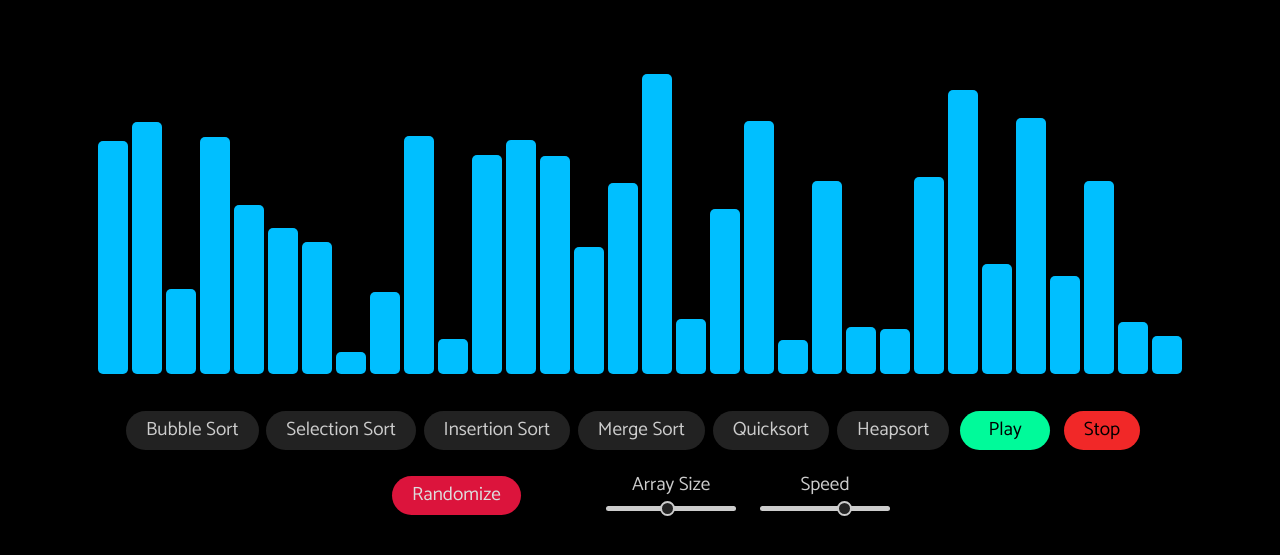
Repository: sneha1010/Sorting-visualizer
Page: index.html
The author's editor kept a copy of each file at every save. The page is drawn from the files as they stood at one save, then again after the next save.
The browser window is 1280 px wide. The pictures show the whole page.

Above is the page before, as saved 2022-06-16 18:44:02.

### index.html
<!DOCTYPE html>
<html lang="en">
<head>
    <meta charset="utf-8">
    <meta name="viewport" content="width=device-width, initial-scale=1, shrink-to-fit=no">

    <link rel="stylesheet" href="https://stackpath.bootstrapcdn.com/bootstrap/4.5.2/css/bootstrap.min.css" integrity="sha384-JcKb8q3iqJ61gNV9KGb8thSsNjpSL0n8PARn9HuZOnIxN0hoP+VmmDGMN5t9UJ0Z" crossorigin="anonymous">
    <link href="https://fonts.googleapis.com/css2?family=Catamaran:wght@100;200;300;400;500;600;700;800;900&display=swap" rel="stylesheet">
    <link rel="stylesheet" href="assets/style.css">
    <link rel="shortcut icon" href="assets/favicon.ico" type="image/x-icon">

    <title>Sorting Visualizer</title>
</head>
<body>
    <div class="container">
        <div id="array-container">
            <div id="array"><div id="bar"></div></div>
            <h5 id="no-algo-warning" class="display-none">No Algorithm Selected!</h5>
        </div>
        <div id="algo-container">
            <button id="bubble" class="algo-btn">Bubble Sort</button>
            <button id="selection" class="algo-btn">Selection Sort</button>
            <button id="insertion" class="algo-btn">Insertion Sort</button>
            <button id="merge" class="algo-btn">Merge Sort</button>
            <button id="quick" class="algo-btn">Quicksort</button>
            <button id="heap" class="algo-btn">Heapsort</button>
            <button id="sort">Play</button>
            <button id="stop">Stop</button>
        </div>
        <div id="change-container">
            <button id="randomize">Randomize</button>
            <div id="sliders">
                <div class="slider-container">
                    <label>Array Size</label>
                    <input type="range" id="size-slider" class="slider" autocomplete="off">
                </div>
                <div class="slider-container">
                    <label>Speed</label>
                    <input type="range" id="speed-slider" class="slider" autocomplete="off">
                </div>
            </div>
            <!-- <input data-role="doubleslider" data-accuracy="5" data-hint-always="true"> -->
        </div>
    </div>

    <script src="https://code.jquery.com/jquery-3.4.1.slim.min.js" integrity="sha384-J6qa4849blE2+poT4WnyKhv5vZF5SrPo0iEjwBvKU7imGFAV0wwj1yYfoRSJoZ+n" crossorigin="anonymous"></script>
    <script src="assets/script.js"></script>
    <script src="assets/bubble-sort.js"></script>
    <script src="assets/selection-sort.js"></script>
    <script src="assets/insertion-sort.js"></script>
    <script src="assets/merge-sort.js"></script>
    <script src="assets/quicksort.js"></script>
    <script src="assets/heapsort.js"></script>
</body>
</html>

<!--
    1. pause button
    2. reset button
    3. upper limit-lower limit
    4. ui

 -->

### assets/style.css
*:focus, button:focus {
    outline: none;
}

body {
    background-color: black;
    font-family: "Catamaran", sans-serif;
    color: #ccc;
}

.display-none {
    display: none;
}

.display-flex {
    display: flex;
}

#array-container {
    height: 350px;
    margin-top: 3em;
    display: flex;
    flex-direction: column-reverse;
    position: relative;
}

#array {
    margin: 1em auto;
}

.element {
    display: inline-block;
    border-radius: 5px;
}

#no-algo-warning {
    position: absolute;
    justify-content: center;
    align-items: center;
    top: 0;
    bottom: 0;
    left: 0;
    right: 0;
    margin: auto;
    width: 250px;
    height: 50px;
    text-align: center;
    background-color: rgba(0, 0, 0, 0.8);
    border: 1px solid #ccc;
    border-radius: 5px;
}

#algo-container {
    max-width: 1032px;
    margin: 0.5em auto;
}

.algo-btn, #sort, #stop,#randomize {
    background-color: #222;
    margin: 5px 2px;
    padding: 5px 20px;
    color: #ccc;
    font-size: 1.2em;
    border: none;
    border-radius: 50px;
}

.algo-btn:hover, .algo-btn-active {
    background-color: #ccc;
    color: #222;
}
.algo-btn:disabled{
    /* opacity: 0.8; */
    /* cursor: not-allowed; */
    transition: all 100s ease-in-out;
}
#sort {
    /* float: right; */
    width: 90px;
    margin: 5px;
    background-color: mediumspringgreen;
    color: black;
}

#sort:hover, #randomize:hover {
    opacity: 0.8;
}

#sort:disabled, #randomize:disabled {
    opacity: 0.5;
    cursor: not-allowed;
}
#stop {
    /* float: right; */
    margin: 5px;
    background-color: rgb(241, 40, 40);
    color: black;
}
#stop:hover, #randomize:hover {
    opacity: 0.8;
}

#stop:disabled, #randomize:disabled {
    opacity: 0.5;
    cursor: not-allowed;
}
#change-container {
    max-width: 500px;
    margin: 1em auto;
}

#randomize, .slider-container {
    vertical-align: middle;
}

#randomize {
    background-color: crimson;
    color: #ddd;
}

#sliders {
    float: right;
}

.slider-container {
    display: inline-block;
    margin-left: 20px;
}

.slider-container label {
    display: block;
    margin: 0;
    text-align: center;
    font-size: 1.2em;
}

.slider {
    -webkit-appearance: none;
    width: 130px;
    height: 15px;
    background-color: transparent;
}

.slider::-webkit-slider-runnable-track {
    -webkit-appearance: none;
    height: 5px;
    background-color: #ccc;
    border-radius: 5px;
    cursor: pointer;
}

.slider::-moz-range-track {
    height: 5px;
    background-color: #ccc;
    border-radius: 5px;
    cursor: pointer;
}

.slider::-moz-range-progress {
    height: 5px;
    background-color: #777;
    border-radius: 5px;
    cursor: pointer;
}

.slider::-webkit-slider-thumb {
    -webkit-appearance: none;
    background-color: #222;
    border: 2px solid #ccc;
    width: 15px;
    height: 15px;
    border-radius: 15px;
    margin-top: -5px;
}

.slider::-moz-range-thumb {
    background-color: #222;
    border: 2px solid #ccc;
    width: 13px;
    height: 13px;
    border-radius: 13px;
    cursor: pointer;
}

.slider:disabled {
    opacity: 0.5;
}

.slider:disabled::-webkit-slider-runnable-track {
    cursor: not-allowed;
}

.slider:disabled::-moz-range-track {
    cursor: not-allowed;
}

.slider:disabled::-moz-range-progress {
    cursor: not-allowed;
}

.slider:disabled::-moz-range-thumb {
    cursor: not-allowed;
}

### assets/script.js
const MIN_SIZE = 4;
const MAX_SIZE = 64;
const DEFAULT_SIZE = 32;

const MIN_SPEED = 1;
const MAX_SPEED = 4;
const DEFAULT_SPEED = 3;

const MIN = 20;
const MAX = 300;

const WAITING_TIME = 100;

const UNSORTED = 'deepskyblue';
const SORTED = 'mediumspringgreen';
const COMPARE = 'crimson';
const SELECTED = 'blueviolet';
const LEFT = 'gold';
const RIGHT = 'orangered';

var size;
var delay;

var arr = [];

var array_container_width;
var element_width;
var element_width_max;
var margin_element;

var algo_selected;
var run=false;
var first=true;
var halt =false;

var sort_btn=document.getElementsByClassName("algo-btn");

function updateValues() {
    array_container_width = Math.floor( $("#array-container").width() );
    element_width_max = Math.floor(array_container_width / 20);

    margin_element = 2;
    if( parseInt( $(window).width() ) < 1200 )
        margin_element = 1;
}

function findElementWidth() {
    element_width = Math.floor(array_container_width / size);
    element_width -= 2 * margin_element;

    if(element_width > element_width_max)
        element_width = element_width_max;
}

function createArray() {
    arr = [];
    $("#array").html('');

    for(var i = 0; i < size; i++) {
        var n = Math.floor( Math.random() * (MAX - MIN + 1) ) + MIN;
        arr.push(n);
    //   $("#bar").html(n);
        var $element = $('<div>');
        $element.attr('id', "e" + i);
        $element.attr('class', "element");
        $element.css('background-color', UNSORTED);
        $element.css('width', element_width.toString() + 'px');
        $element.css('height', n.toString() + 'px');
        $element.css('margin-left', margin_element + 'px');
        $element.css('margin-right', margin_element + 'px');
        // $element.innerHTML(n);
        $element.appendTo("#array");

    }
}

function setHeight(id, height) {
    $("#e" + id).css('height', height);
    // $("#e" + id).textContent = "1";
    // $("#e" + id).innerHTML=height;
}

function setColor(id, color) {
    $("#e" + id).css('background-color', color);
}

function setColorRange(p, r, color) {
    for(var i = p; i <= r; i++)
        $("#e" + i).css('background-color', color);
}
function pauseHandler()
{
    const pause = document.getElementById("sort");
    run = run === true ? false : true;
    pause.textContent = run === true ? "Pause" : "Play";
}
async function pauseButton() {
    while (run == false) await sleep(1);
    return;
  }
function swap(a, b) {
    var temp = arr[a];
    arr[a] = arr[b];
    arr[b] = temp;

    var h1 = $("#e" + a).css('height');
    var h2 = $("#e" + b).css('height');

    setHeight(a, h2);
    setHeight(b, h1);
}

function disableOthers() {
    $(".algo-btn").prop('disabled', true);

    $("#randomize").prop('disabled', true);
    $("#size-slider").prop('disabled', true);
}

function enableOthers() {
    $(".algo-btn").prop('disabled', false);
    $("#sort").prop('disabled', false);
    $("#randomize").prop('disabled', false);
    $("#size-slider").prop('disabled', false);
}

function sleep(ms) {
    return new Promise(resolve => setTimeout(resolve, ms));
}

$(document).ready(function() {
    $("#size-slider").attr('min', MIN_SIZE);
    $("#size-slider").attr('max', MAX_SIZE);
    $("#size-slider").attr('value', DEFAULT_SIZE);

    $("#speed-slider").attr('min', MIN_SPEED);
    $("#speed-slider").attr('max', MAX_SPEED);
    $("#speed-slider").attr('value', DEFAULT_SPEED);

    size = DEFAULT_SIZE;
    delay = WAITING_TIME * Math.pow(2, MAX_SPEED - DEFAULT_SPEED);

    updateValues();

    findElementWidth();
    createArray();

    $("#randomize").click(
        function() {
            createArray();
        }
    );

    $(".algo-btn").click(
        function() {
            algo_selected = $(this).html();

            $(".algo-btn-active").removeClass('algo-btn-active');
            $(this).addClass('algo-btn-active');

            $("#no-algo-warning").removeClass('display-flex');
            $("#no-algo-warning").addClass('display-none');
        }
    );

    $("#sort").click(
        async function() {
            if(first){
                first=false;

           run=false;
            disableOthers();

            setColorRange(0, size - 1, UNSORTED);

            if(algo_selected == "Bubble Sort"){
                pauseHandler();
                await bubbleSort();
            }

            else if(algo_selected == "Selection Sort"){
                pauseHandler();
                await selectionSort();
            }

            else if(algo_selected == "Insertion Sort"){
                pauseHandler();
                await insertionSort();
            }

            else  if(algo_selected == "Merge Sort")
            {
                $("#stop").prop('disabled', true);
                pauseHandler();
                await mergeSort(0, size - 1);
            }

            else if(algo_selected == "Quicksort"){
                $("#stop").prop('disabled', true);
                pauseHandler();
                await quicksort(0, size - 1);
            }

            else if(algo_selected == "Heapsort")
            {
                $("#stop").prop('disabled', true);
                pauseHandler();
                await heapsort();
            }

            else {
                $("#no-algo-warning").removeClass('display-none');
                $("#no-algo-warning").addClass('display-flex');
                first=true;
            }

            enableOthers();
        }
        else
        pauseHandler();
        }
    );

    $("#stop").click(
       function() {
      halt=true;
      algo_selected="";
      $(".algo-btn-active").removeClass('algo-btn-active');
    //   run=false;
      const pause = document.getElementById("sort");
    //   run = run === true ? false : true;
      pause.textContent = "Play";
      first=true;
        }
    );





// pause.addEventListener("click", () => {
//   run = run === true ? false : true;
//   pause.textContent = run === true ? "Pause" : "Play";
// });
    $("#size-slider").on('input', function() {
        size = $(this).val();

        findElementWidth();
        createArray();
    });

    $("#speed-slider").on('input', function() {
        delay = WAITING_TIME * Math.pow(2, MAX_SPEED - $(this).val());
    });

    $(window).resize(function() {
        if(array_container_width != Math.floor( $("#array-container").width() )) {
            updateValues();

            findElementWidth();

            for(var i = 0; i < size; i++) {
                $("#e" + i).css('width', element_width.toString() + 'px');
                $("#e" + i).css('margin-left', margin_element + 'px');
                $("#e" + i).css('margin-right', margin_element + 'px');
            }
        }
    });
});

### assets/bubble-sort.js
async function bubbleSort() {

    // sort_btn.disable=true;
    var i, j;
    await sleep(delay);
     halt=false;
    for(i = 0; i < size - 1; i++) {
        for(j = 0; j < size - i - 1; j++) {
            await sleep(delay);

            setColor(j, COMPARE);
            setColor(j + 1, COMPARE);
            await sleep(delay);

            if(arr[j] > arr[j + 1]) {
                swap(j, j + 1);
                await sleep(delay);
            }
            if(halt){
                setColorRange(0, size - 1, UNSORTED);
                break;
            }

            checkPause()
            setColor(j, UNSORTED);
            setColor(j + 1, UNSORTED);
        }
       if(halt){
        setColorRange(0, size - 1, UNSORTED);
        break;
       }

        await sleep(delay);

        setColor(j, SORTED);
    }
     if(halt==false){
    setColor(0, SORTED);

     }
     halt=0;
}

### assets/selection-sort.js
async function selectionSort() {
    var i, j, min_idx;
    halt=false;
    for(i = 0; i < size - 1; i++) {
        await sleep(delay);

        min_idx = i;
        setColor(min_idx, SELECTED);

        for(j = i + 1; j < size; j++) {
            await sleep(delay);
            while(run==false)
            await sleep(1);
            if(halt){
                setColorRange(0, size - 1, UNSORTED);
                break;
               }
            setColor(j, COMPARE);

            await sleep(delay);
            while(run==false)
            await sleep(1);

            if(arr[j] < arr[min_idx]) {
                setColor(min_idx, UNSORTED);
                min_idx = j;
                setColor(min_idx, SELECTED);
                await sleep(delay);
            }
            else
                setColor(j, UNSORTED);
        }
        if(halt){
            setColorRange(0, size - 1, UNSORTED);
            break;
           }
        await sleep(delay);

        if(min_idx != i) {
            setColor(i, COMPARE);
            await sleep(delay);

            setColor(min_idx, COMPARE);
            setColor(i, SELECTED);
            swap(min_idx, i);
            await sleep(delay);
        }
        while(run==false)
        await sleep(1);

        setColor(min_idx, UNSORTED);
        setColor(i, SORTED);
    }
    if(halt==false){
        setColor(size - 1, SORTED);
    }

    halt=0;
}

### assets/insertion-sort.js
async function insertionSort() {
    var i, j, key;
    await sleep(delay);

    setColor(0, SELECTED);
    await sleep(delay);

    setColor(0, SORTED);

    for(i = 1; i < size; i++) {
        await sleep(delay);

        setColor(i, SELECTED);
        await sleep(delay);

        j = i - 1;
        key = arr[i];

        while(j >= 0 && arr[j] > key) {

            setColor(j, COMPARE);
            await sleep(delay);
            while(run==false)
            await sleep(1);
            swap(j, j + 1);
            if(halt){
                setColorRange(0, size - 1, UNSORTED);
                break;
               }
            setColor(j, SELECTED);
            setColor(j + 1, COMPARE);
            await sleep(delay);
            while(run==false)
            await sleep(1);
            setColor(j + 1, SORTED);
            await sleep(delay);

            j--;
        }
        if(halt){
            setColorRange(0, size - 1, UNSORTED);
            break;
           }

        setColor(j + 1, SORTED);
    }
    halt=0;
}

### assets/merge-sort.js
async function merge(p, q, r) {
    await sleep(delay);

    var i, j;
    var n1 = q - p + 1;
    var n2 = r - q;
    var L = [];
    var R = [];
    checkPause();
    for(i = 0; i < n1; i++) {
        L.push(arr[p + i]);
        setColor(p + i, LEFT);
    }
    for(j = 0; j < n2; j++) {
        R.push(arr[q + j + 1]);
        setColor(q + j + 1, RIGHT);
    }

    L.push(Infinity);
    R.push(Infinity);

    i = 0;
    j = 0;

    for(var k = p; k <= r; k++) {
        await sleep(delay);

        if(L[i] <= R[j]) {
            arr[k] = L[i];
            i++;
        }
        else {
            arr[k] = R[j];
            j++;
        }
        checkPause();
        setHeight(k, arr[k]);
        setColor(k, SELECTED);
    }

    await sleep(delay);

    if(p == 0 && r == size - 1)
        setColorRange(p, r, SORTED);
    else
        setColorRange(p, r, UNSORTED);
}

async function mergeSort(p, r) {
    if(p < r) {
        var q = Math.floor( (p + r) / 2 );

        await mergeSort(p, q);

        await mergeSort(q + 1, r);

        await merge(p, q, r);
    }

}

### assets/quicksort.js
async function partition(p, r) {
    await sleep(delay);

    var i = p - 1;
    setColor(r, SELECTED);
    while(run==false)
    await sleep(1);
    for(var j = p; j < r; j++) {
        await sleep(delay);
        while(run==false)
        await sleep(1);
        if(arr[j] <= arr[r]) {
            i++;
            swap(i, j);
            setColor(j, RIGHT);
            setColor(i, LEFT);
        }
        else
            setColor(j, RIGHT);
    }

    if(i + 1 < r) {
        await sleep(delay);

        swap(i + 1, r);
        setColor(r, RIGHT);
        setColor(i + 1, SELECTED);
    }
    while(run==false)
    await sleep(1);
    await sleep(delay);

    setColorRange(p, r, UNSORTED);

    return i + 1;
}

async function quicksort(p, r) {
    if(p < r) {
        var q = await partition(p, r);

        await quicksort(p, q - 1);

        setColorRange(p, q, SORTED);
        await quicksort(q + 1, r);

        setColorRange(q + 1, r, SORTED);
    }

    if(p == 0 && r == size - 1)
        await sleep(delay);
}

### assets/heapsort.js
var heapSize;

function left(i) {
    return 2 * i + 1;
}

function right(i) {
    return 2 * i + 2;
}

async function maxHeapify(i) {

    var l = left(i);
    var r = right(i);
    var largest, temp;

    setColor(i, COMPARE);
    while(run==false)
    await sleep(1);
    if(l < heapSize)
        setColor(l, LEFT);
    if(r < heapSize)
        setColor(r, RIGHT);


    await sleep(delay);

    if(l < heapSize && arr[l] > arr[i])
        largest = l;
    else
        largest = i;

    if(r < heapSize && arr[r] > arr[largest])
        largest = r;
        while(run==false)
        await sleep(1);
    if(l < heapSize)
        setColor(l, UNSORTED);
    if(r < heapSize)
        setColor(r, UNSORTED);
    setColor(largest, SELECTED);

    await sleep(delay);

    if(largest != i) {
        swap(i, largest);
        setColor(largest, COMPARE);
        setColor(i, SELECTED);
        await sleep(delay);

        setColor(largest, UNSORTED);
        setColor(i, UNSORTED);

        await maxHeapify(largest);
    }
    else
        setColor(i, UNSORTED);
}

async function buildMaxHeap() {
    heapSize = size;

    for(var i = Math.floor(size / 2) - 1; i >= 0; i--)
        await maxHeapify(i);
}

async function heapsort() {
    await sleep(delay);

    await buildMaxHeap();

    for(var i = size - 1; i > 0; i--) {
        setColor(0, SELECTED);
        setColor(i, COMPARE);
        await sleep(delay);
        while(run==false)
        await sleep(1);
        setColor(0, COMPARE);
        setColor(i, SELECTED);
        swap(0, i);
        heapSize--;
        await sleep(delay);

        setColor(i, SORTED);

        await maxHeapify(0);
    }

    setColor(0, SORTED);
}

After the next save:
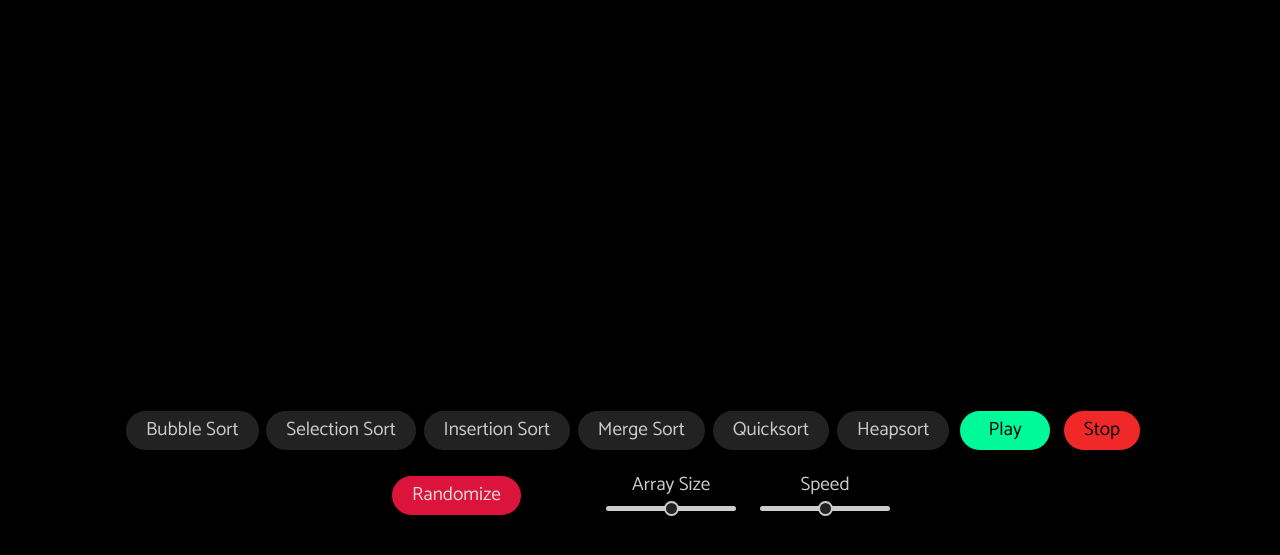
Console error (its wording comes from the project's code and is left out).
Saved 60 s later.
--- a/assets/script.js
+++ b/assets/script.js
@@ -35,6 +35,11 @@
 
 var sort_btn=document.getElementsByClassName("algo-btn");
 
+function checkPause()
+{
+    while(run==false)
+    await sleep(1);
+}
 function updateValues() {
     array_container_width = Math.floor( $("#array-container").width() );
     element_width_max = Math.floor(array_container_width / 20);

After the 5 saves that followed:
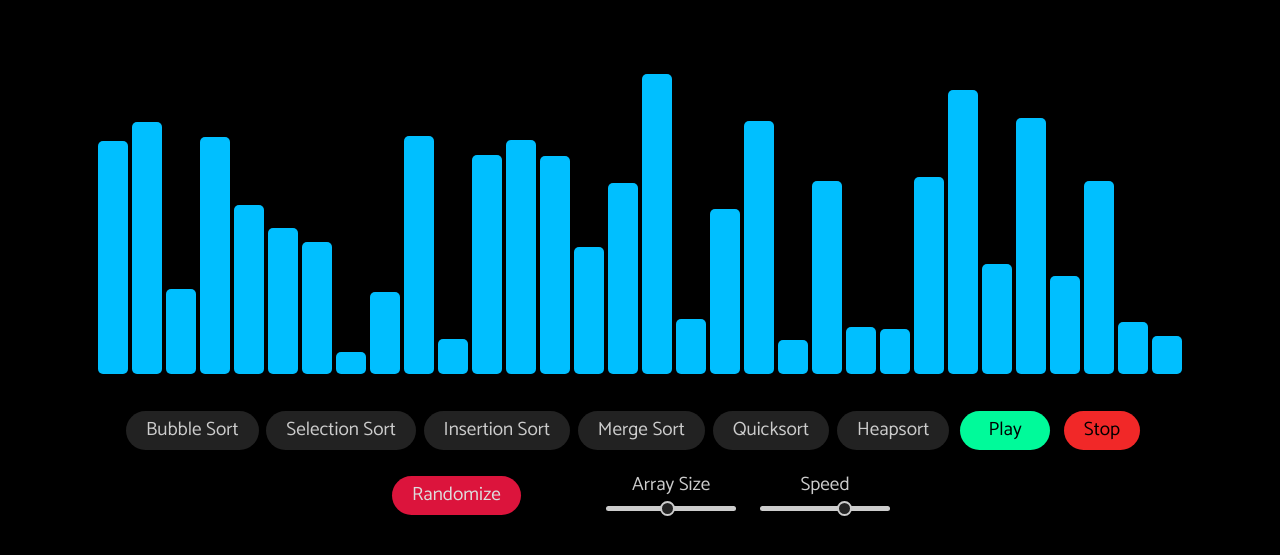
The error is gone.
The 5 saves are shown as one change because 4 left the picture as it was.
The last was saved 2 min 24 s later.
--- a/assets/script.js
+++ b/assets/script.js
@@ -35,11 +35,7 @@
 
 var sort_btn=document.getElementsByClassName("algo-btn");
 
-function checkPause()
-{
-    while(run==false)
-    await sleep(1);
-}
+
 function updateValues() {
     array_container_width = Math.floor( $("#array-container").width() );
     element_width_max = Math.floor(array_container_width / 20);
--- a/assets/bubble-sort.js
+++ b/assets/bubble-sort.js
@@ -21,7 +21,8 @@
                 break;
             }
 
-            checkPause()
+            while(run==false)
+            await sleep(1);
             setColor(j, UNSORTED);
             setColor(j + 1, UNSORTED);
         }
--- a/assets/merge-sort.js
+++ b/assets/merge-sort.js
@@ -6,7 +6,8 @@
     var n2 = r - q;
     var L = [];
     var R = [];
-    checkPause();
+    while(run==false)
+    await sleep(1);
     for(i = 0; i < n1; i++) {
         L.push(arr[p + i]);
         setColor(p + i, LEFT);
@@ -33,7 +34,8 @@
             arr[k] = R[j];
             j++;
         }
-        checkPause();
+        while(run==false)
+    await sleep(1);
         setHeight(k, arr[k]);
         setColor(k, SELECTED);
     }
